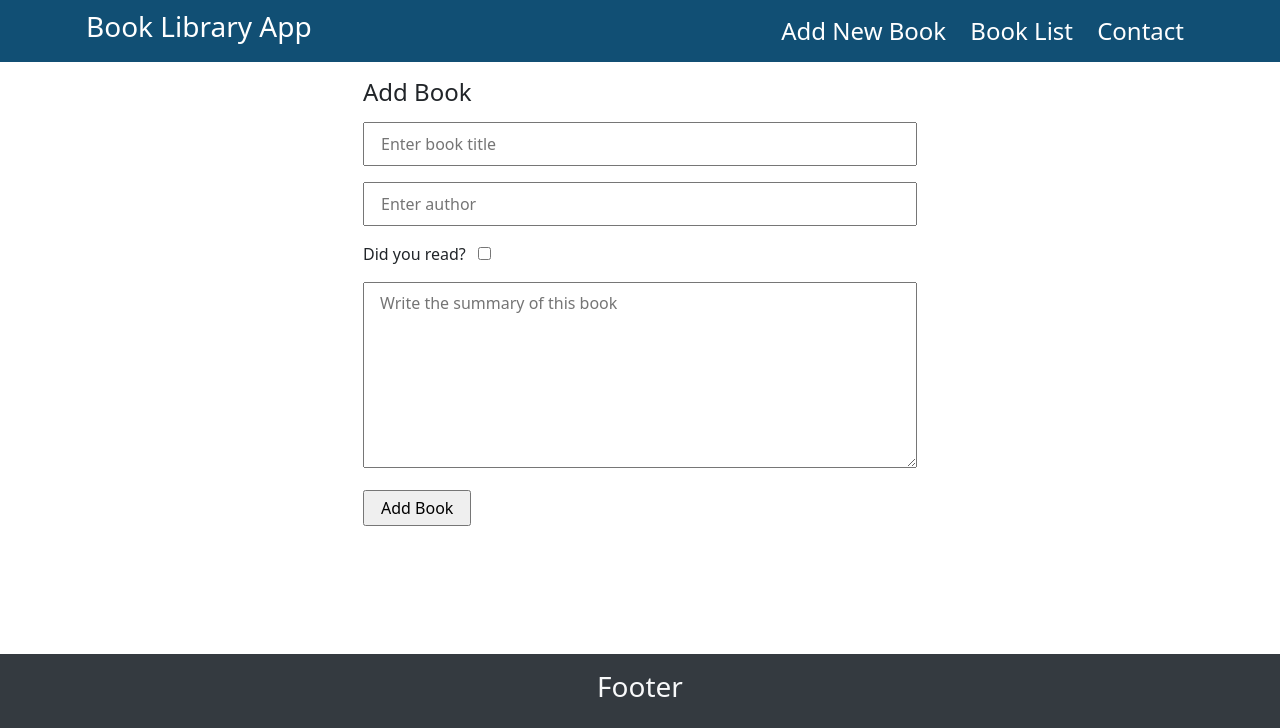
Repository: just-mann/booklibrary-app
Page: http://localhost/
These files come from the project's save history. The page is drawn as it stood at one moment and after the next save; the edit follows.
The browser window is 1280 px wide. The pictures show the whole page.
The page is served by the project's Node server (app.js).

Above is the page before, as saved 2021-06-06 04:44:51.

### views/index.ejs
<!DOCTYPE html>
<html lang="en">
<%- include('./partials/Header') %>
<body>
    <%- include('./partials/Navbar') %>
      <div class="container py-2 home">
        <div class="w-50 p-5 py-2 px-0 homeDiv">
          <form action="/books" method="POST" class="px-0">
            <h4>Add Book</h4>
              <div class="my-3">
                <input class="px-3 py-2 title w-100" type="text" name="title" id="title" placeholder="Enter book title" required>
              </div>
              <div class="my-3">
                <input class="px-3 py-2 author w-100" type="text" name="author" id="author" placeholder="Enter author" required>
              </div>
              <div class="my-3">
                <label for="isRead" class="mr-2">Did you read?</label>
                <input class="px-3 py-2 isRead" type="checkbox" name="isRead" id="isRead">
              </div>
              <div class="my-3">
                <textarea class="px-3 py-2 isRead w-100" name="summary" id="summary" cols="30" rows="7" placeholder="Write the summary of this book" required></textarea>
              </div>
              <div class="my-3">
                <input class="px-3 py-1 submitBtn" type="submit" value="Add Book">
              </div>
          </form>
        </div>
      </div>
    <%- include('./partials/Footer') %>
</body>
</html>

### views/partials/Header.ejs
<head>
    <meta charset="UTF-8">
    <meta name="viewport" content="width=device-width, initial-scale=1.0">
    <title><%= title %></title>
    <link rel="stylesheet" href="https://stackpath.bootstrapcdn.com/bootstrap/5.0.0-alpha1/css/bootstrap.min.css" integrity="sha384-r4NyP46KrjDleawBgD5tp8Y7UzmLA05oM1iAEQ17CSuDqnUK2+k9luXQOfXJCJ4I" crossorigin="anonymous">
    <script src="https://cdn.jsdelivr.net/npm/popper.js@1.16.0/dist/umd/popper.min.js" integrity="sha384-Q6E9RHvbIyZFJoft+2mJbHaEWldlvI9IOYy5n3zV9zzTtmI3UksdQRVvoxMfooAo" crossorigin="anonymous"></script>
    <link rel="stylesheet" href="https://unpkg.com/aos@next/dist/aos.css" />
    <link rel="stylesheet" href="https://unpkg.com/aos@next/dist/aos.css" />
    <script src="https://stackpath.bootstrapcdn.com/bootstrap/5.0.0-alpha1/js/bootstrap.min.js" integrity="sha384-oesi62hOLfzrys4LxRF63OJCXdXDipiYWBnvTl9Y9/TRlw5xlKIEHpNyvvDShgf/" crossorigin="anonymous"></script>
    <link rel="stylesheet" href="/style.css">
  </head>

### views/partials/Navbar.ejs
<nav class="container-fluid sticky-top">
    <div class="container">
        <a href="/" class="logo"><h3>Book Library App</h3></a>
        <div class="nav__links">
            <a href="/">Add New Book</a>
            <a href="/booklist">Book List</a>
            <a href="/contact">Contact</a>
        </div>
    </div>
</nav>

### views/partials/Footer.ejs
<footer class="bg-dark py-3 text-light text-center">
    <script src="https://ajax.googleapis.com/ajax/libs/jquery/3.5.1/jquery.min.js"></script>
    <script src="/script.js"></script>
    <div class="container">
        <h3>Footer</h3>
    </div>
</footer>
<script src="https://unpkg.com/aos@next/dist/aos.js"></script>
<script>
  AOS.init();
</script>

### app.js
const express = require('express'); //import express package
const app = express(); //initialize the express app
const bodyParser = require('body-parser') //import body-parser to handle data from the form
const MongoClient = require('mongodb').MongoClient; //import the mongodbClient
const { ObjectId } = require('bson');
const dbName = 'myBookList';
const dbCollectionName = 'bookCollection';

const PORT = process.env.PORT || 5000;


// Configure the body-parser
app.use(bodyParser.urlencoded({ extended: true }));


// Make static files accessible
app.use(express.static('public'));


// Set View Engine
app.set('view engine', 'ejs');



// Connect to Database
const dbURI = 'mongodb+srv://bookUser:cUk4rECaXyAWsNz8@crud-tutorial.xd65d.mongodb.net/myBookList?retryWrites=true&w=majority';
MongoClient.connect(dbURI, { useUnifiedTopology: true })
    .then(client => {

        app.listen(PORT, () => {
            console.log(`App is now running on PORT ${PORT} and Database: ${dbName} is connected`)
        });

        const db = client.db(`${dbName}`);

        const myCollection = db.collection(`${dbCollectionName}`);

        app.post('/books', (req, res) => {
            myCollection.insertOne(req.body)
                .then(result => {
                    console.log('Item added to database...');
                })
                .catch(err => console.log(err));
            res.redirect('bookList');
        })

        app.get('/booklist', (req, res) => {
            myCollection.find().sort({_id: -1}).toArray()
                .then(result => {
                    res.render('bookList', { myList: result, title: "Book List" });
                })
                .catch(err => console.log(err));
        })


        app.get('/booklist/:id', (req, res) => {
            const id = req.params.id;
            myCollection.findOne({ _id: ObjectId(`${id}`)})
                .then(result => {
                    res.render('details', { singleBook: result, title: `Book Detail  -  ${result.title}` })
                })
                .catch(err => console.log(err));
        })


        app.delete('/booklist/:id', (req, res) => {
            const id = req.params.id;
            myCollection.deleteOne({_id: ObjectId(`${id}`)})
                .then(result => {
                    res.json({ redirect: '/booklist'})
                })
                .catch(err => console.log(err));
        })


        app.get('/', (req, res) => {
            res.render('index', { title: "Add New Book" });
        })


        app.get('/contact', (req, res) => {
            res.render('contact', { title: "Contact Me" });
        })

        app.use((req, res) => {
            res.status(404).render('404', { title: '404, Page Not Found'});
        })

    })
    .catch(err => console.log(err));

### public/style.css
* {
    padding: 0;
    margin: 0;
    box-sizing: border-box;
}
body {
    min-height: 100vh;
}

a {
    text-decoration: none;
}

nav {
    background-color: #114f74;
    padding: 10px 0px;
}

nav .container {
    display: flex;
    justify-content: space-between;
    align-items: center;
}

nav .container .logo h3 {
    color: #ffffff;
    font-weight: 350;
}

nav .container .nav__links {
    color: #ffffff;
}

nav .container .nav__links a {
    color: #ffffff;
    font-size: 1.5rem;
    padding: 10px 0px;
    margin: 0px 10px;
    font-weight: 300;
}

.nav__links a:hover {
    color: red;
}

.listDiv {
    display: flex;
    grid-template-columns: repeat(3, 1fr);
}

.list {
    max-width: 350px;
    min-height: 150px;
    margin: 0px 15px;
    background-color: #e2e2e2;
    border-left: 15px solid #41a1b9;
    opacity: 0.9;
    transition: opacity 0.6s;
}

.list:hover {
    opacity: 1;
}


/* Home Page */
.home {
    height: 82.3vh;
}

.home .homeDiv {
    /* background: yellow; */
    width: 250px;
    margin: 0 auto;
}



/* Book List Page */
.bookList {
    min-height: 81.3vh;
}






/* details page */
.details {
    height: 81.5vh;
}



.bookSummary {
    max-width: 500px;
    background: yellow;
}



/* Contact Page */
.contact {
    height: 82vh;
}

Loaded but not shown: public/script.js (no stored copy; drawn as an empty file)

After the next save:
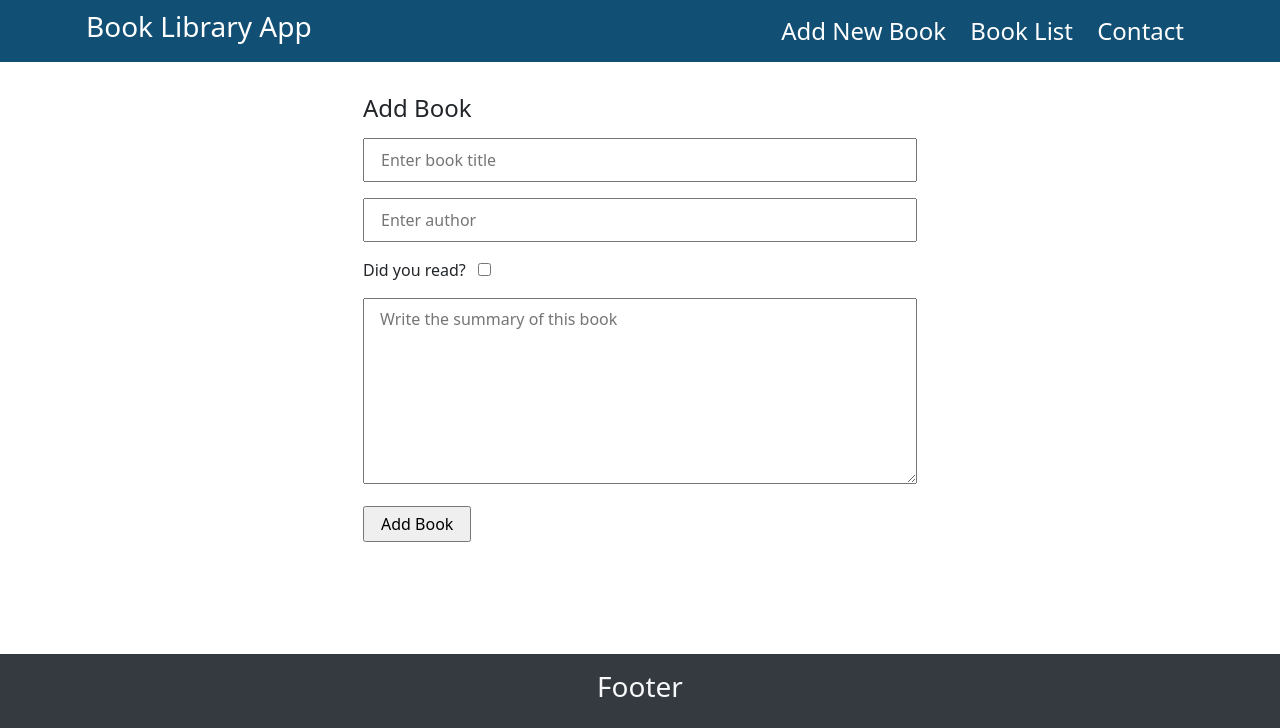
Saved 9 s later.
--- a/views/index.ejs
+++ b/views/index.ejs
@@ -5,7 +5,7 @@
     <%- include('./partials/Navbar') %>
       <div class="container py-2 home">
         <div class="w-50 p-5 py-2 px-0 homeDiv">
-          <form action="/books" method="POST" class="px-0">
+          <form action="/books" method="POST" class="px-0 py-3">
             <h4>Add Book</h4>
               <div class="my-3">
                 <input class="px-3 py-2 title w-100" type="text" name="title" id="title" placeholder="Enter book title" required>
